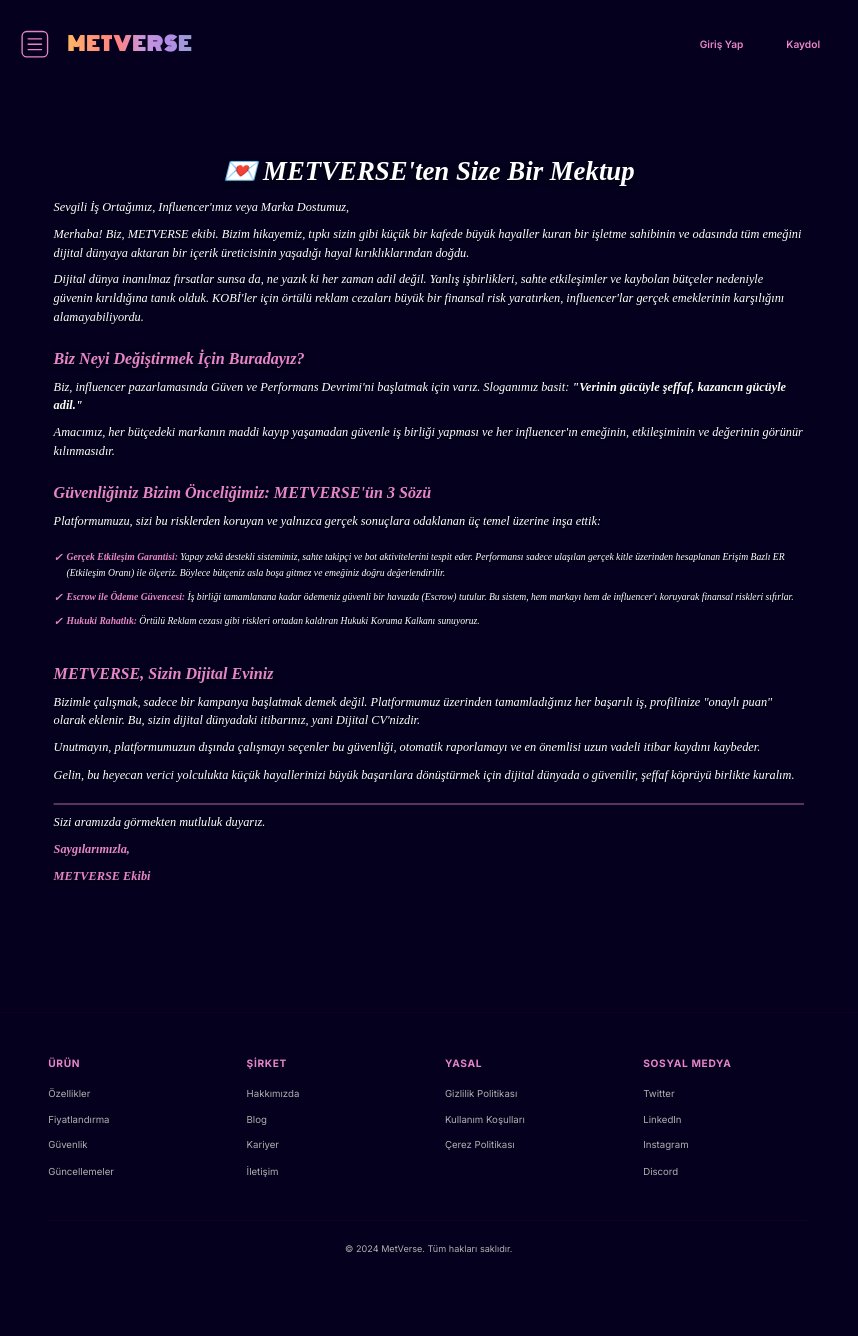
Repository: Selennguveen/metverse_website
Page: Hakkimizda.html
The author's editor kept a copy of each file at every save. The page is drawn from the files as they stood at one save, then again after the next save.
The browser window is 1280 px wide. The pictures show the whole page, at 67% of full size.
Some web fonts or font styles are not loaded; a fallback is used.

Above is the page before, as saved 2025-12-21 00:29:20.

After the next save:
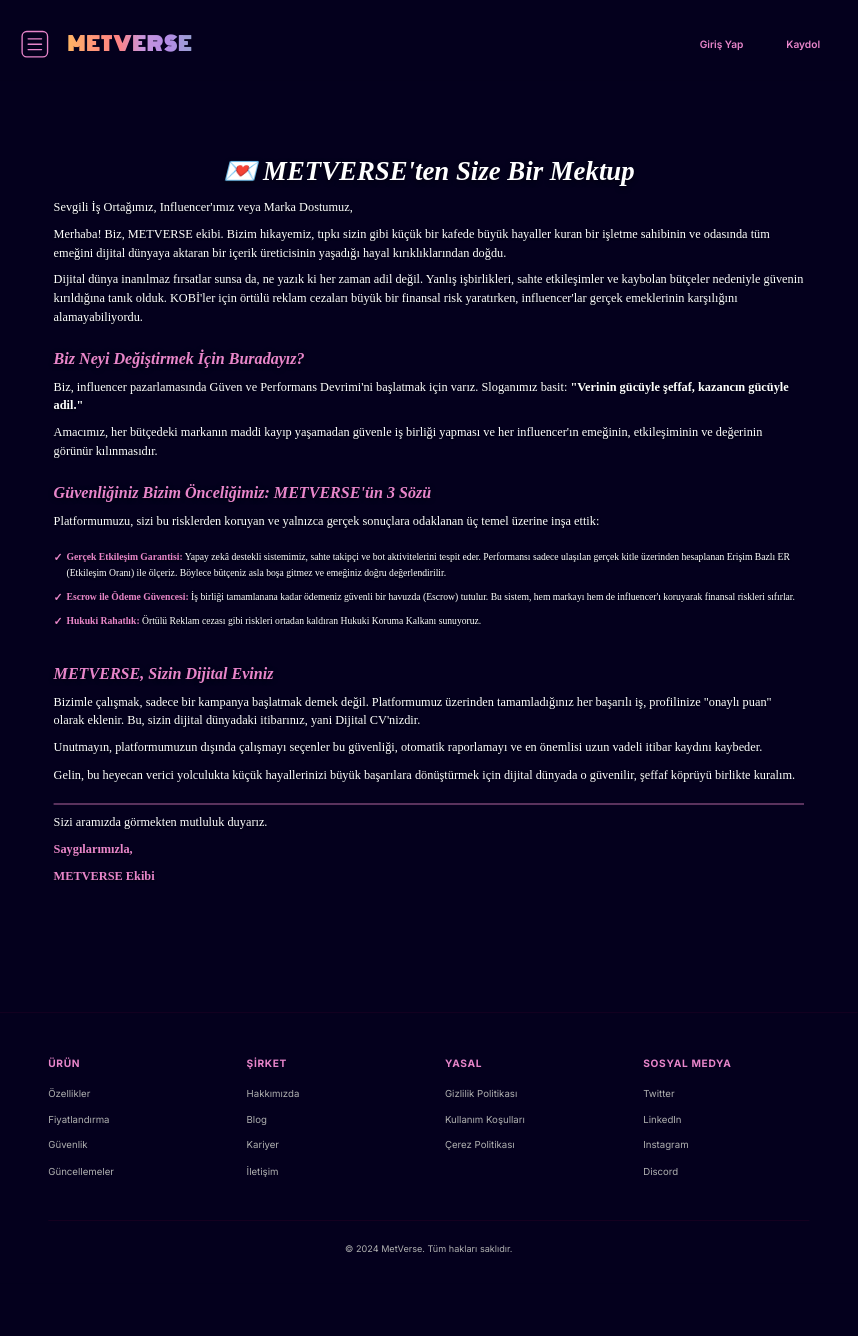
Saved 83 s later.
--- a/Hakkimizda.html
+++ b/Hakkimizda.html
@@ -67,7 +67,7 @@
             text-align: left;
             text-shadow: 0 1px 3px rgba(0, 0, 0, 0.5);
             font-family: 'Genos', cursive;
-            font-style: italic;
+            font-style: normal;
         }
 
         .about-container ul {
@@ -90,7 +90,7 @@
             max-width: 100%;
             text-shadow: 0 1px 3px rgba(0, 0, 0, 0.5);
             font-family: 'Genos', cursive;
-            font-style: italic;
+            font-style: normal;
         }
 
         .about-container li:before {
@@ -118,7 +118,7 @@
             line-height: 1.5;
             text-shadow: 0 1px 3px rgba(0, 0, 0, 0.5);
             font-family: 'Genos', cursive;
-            font-style: italic;
+            font-style: normal;
         }
 
         .about-footer-text strong {

After the save that followed:
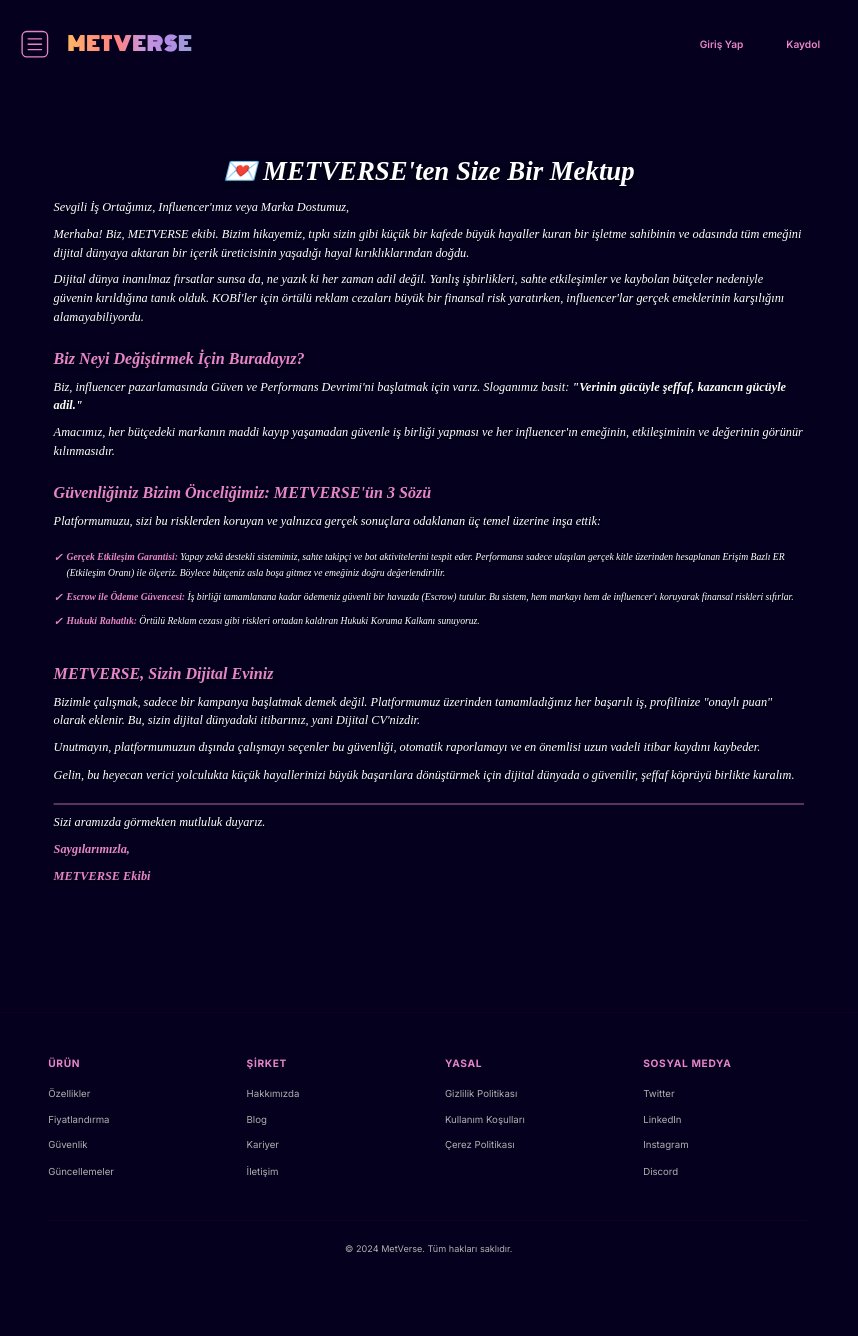
Saved 62 s later.
--- a/Hakkimizda.html
+++ b/Hakkimizda.html
@@ -67,7 +67,7 @@
             text-align: left;
             text-shadow: 0 1px 3px rgba(0, 0, 0, 0.5);
             font-family: 'Genos', cursive;
-            font-style: normal;
+            font-style: italic;
         }
 
         .about-container ul {
@@ -90,7 +90,7 @@
             max-width: 100%;
             text-shadow: 0 1px 3px rgba(0, 0, 0, 0.5);
             font-family: 'Genos', cursive;
-            font-style: normal;
+            font-style: italic;
         }
 
         .about-container li:before {
@@ -118,7 +118,7 @@
             line-height: 1.5;
             text-shadow: 0 1px 3px rgba(0, 0, 0, 0.5);
             font-family: 'Genos', cursive;
-            font-style: normal;
+            font-style: italic;
         }
 
         .about-footer-text strong {
